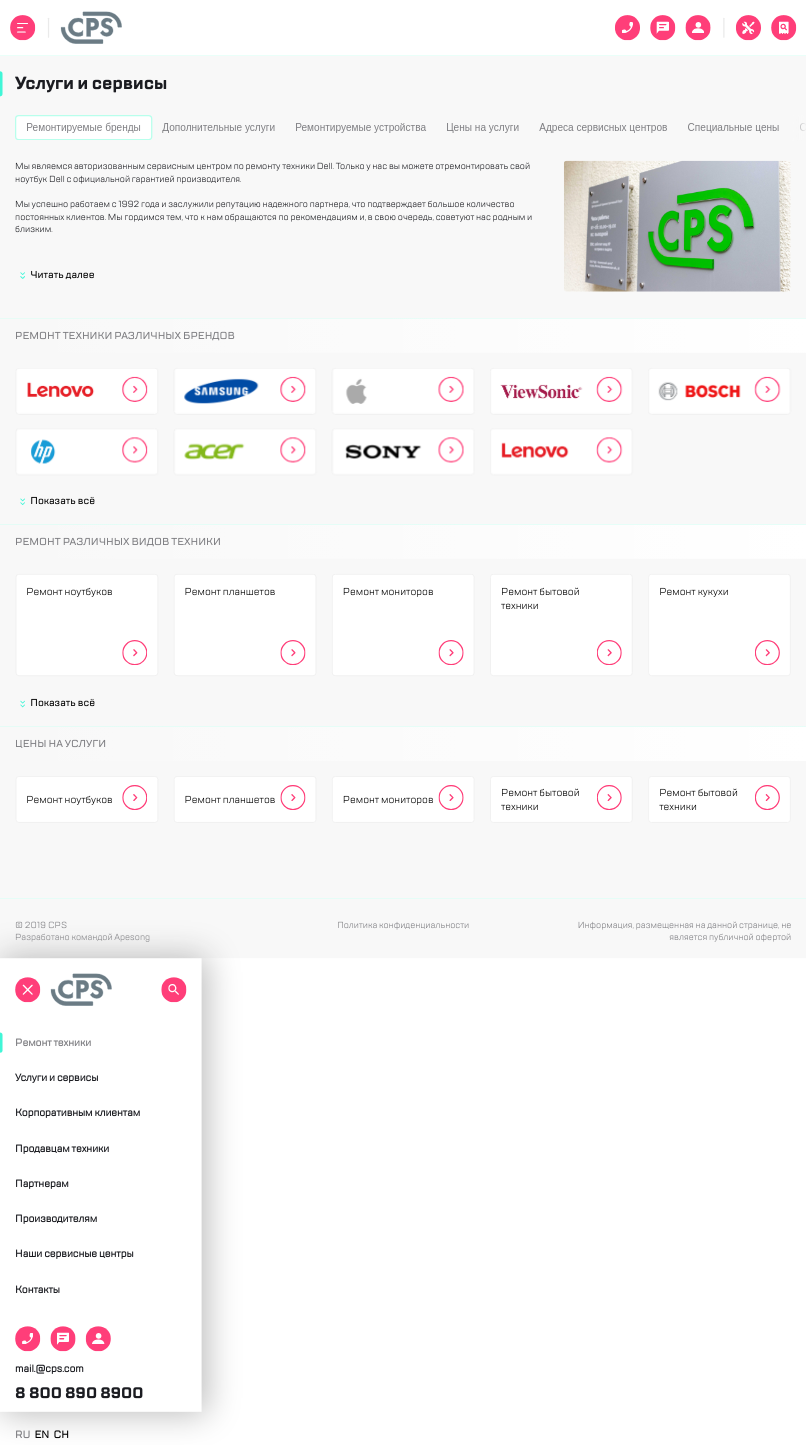
Repository: Dedoxa/WebCoreF
Page: /
These files come from the project's save history. The page is drawn as it stood at one moment and after the next save; the edit follows.
The browser window is 1280 px wide. The pictures show the whole page, at 63% of full size.
The project was rebuilt for these pictures with package versions that can differ from the ones it lists, and the page was loaded fresh each time. Also part of the build but not shown: webpack.config.js.

Above is the page before, as saved 2024-06-15 18:11:28.

After the next save:
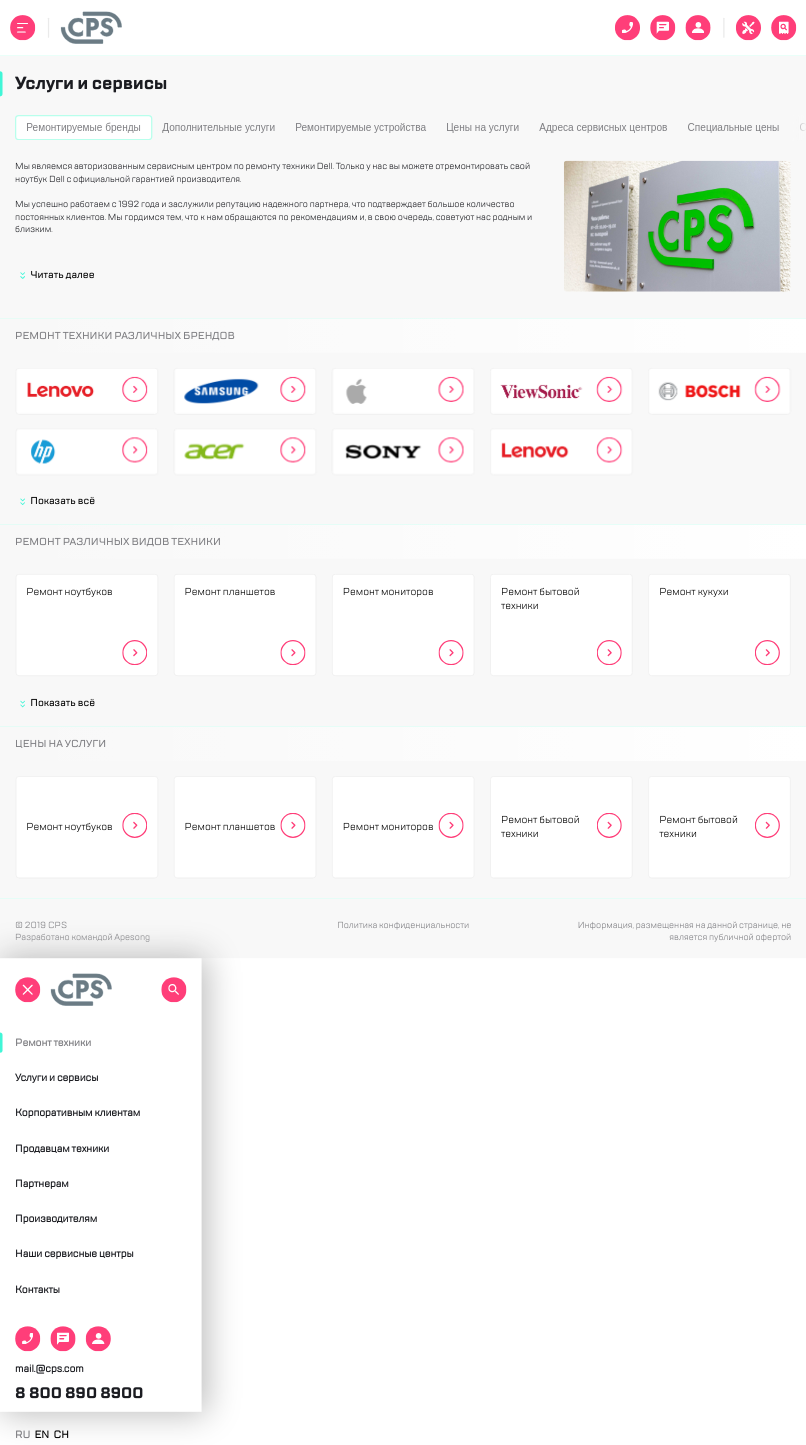
Saved 54 s later.
--- a/src/scss/plates.scss
+++ b/src/scss/plates.scss
@@ -182,6 +182,10 @@
     }
   }
 
+  .plates__table-plate {
+    height: 160px;
+  }
+
   .plates__logo {
     margin-left: 16px;
   }
